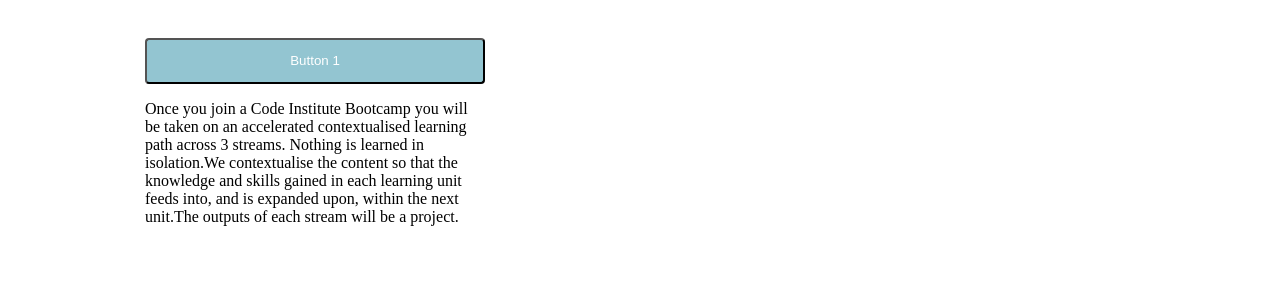
Repository: loosenthedark/CI_jquery-command-chaining-challenge
Page: button.html
The author's editor kept a record of every edit. The page is drawn from the files as they stood at one moment, then again after the next edit.
The browser window is 1280 px wide. The pictures show the whole page.
Some web libraries are served in a nearby version.

Above is the page before.

After the next edit:
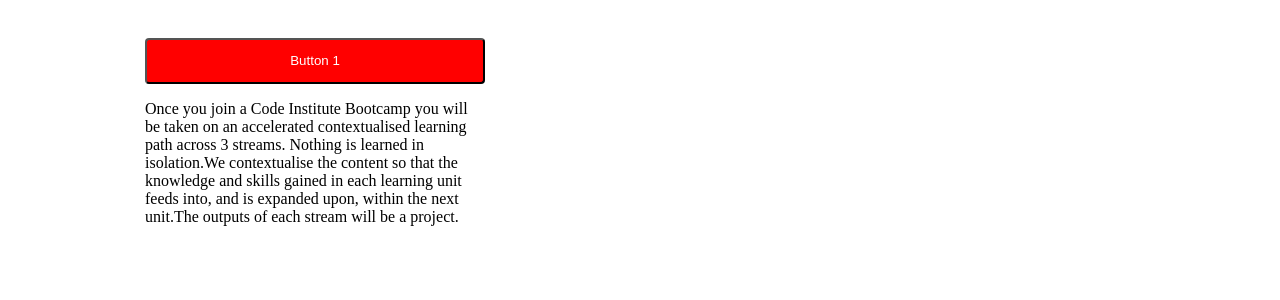
The edit:
--- a/css/style.css
+++ b/css/style.css
@@ -36,6 +36,14 @@
 	background-color: #fff;
 }
 
+.makeRed {
+    background: red;
+}
+
+.makeBorder {
+    border: 2px solid black;
+}
+
 
 /*************************
 Navigation
